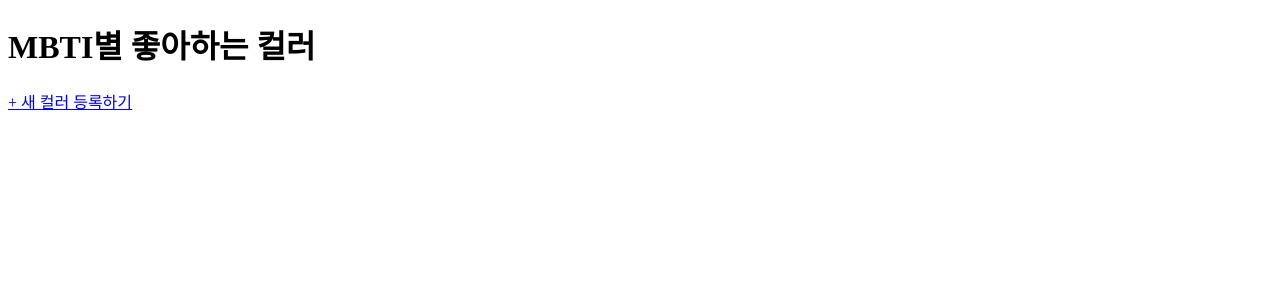
Repository: songjiwon17/mbti_color
Page: /
The author's editor kept a copy of each file at every save. The page is drawn from the files as they stood at one save, then again after the next save.
The browser window is 1280 px wide. The pictures show the whole page.
The project was rebuilt for these pictures with package versions that can differ from the ones it lists, and the page was loaded fresh each time. Also part of the build but not shown: src/New.js.

Above is the page before, as saved 2023-12-14 21:44:06.

### src/App.js
import { BrowserRouter, Routes, Route } from "react-router-dom";
import Home from "./Home";
import New from "./New";

function App() {
  return(
    <BrowserRouter>
      <Routes>
        <Route path="/">
          <Route index element={<Home />}/>
          <Route path="new" element={<New />}/>
        </Route>
      </Routes>
    </BrowserRouter>
  )
}

export default App;

### src/Home.js
import {Link} from 'react-router-dom';
import mock from './mock.json';
import { useState } from 'react';

function Home(){
    const [filter, setFilter] = useState(null);
    return(
        <div>
            <header>
                <h1>MBTI별 좋아하는 컬러</h1>
                {filter && (
                    <div onClick={()=>{setFilter(null)}}>
                        {filter}
                        <img src="/images/x.svg" alt="필터 삭제" />
                    </div>
                )}
            </header>
            <div>
                <Link to='/new'>+ 새 컬러 등록하기</Link>
                <ul>
                    {mock.map((item) => {
                        <li key={item.id} onClick={()=>setFilter(item.mbti)}>
                            {item.id} {item.mbti} --- {item.colorCode}
                        </li>
                    })}
                </ul>
            </div>
        </div>
    )
}
export default Home;

### src/mock.json
[
    {
      "colorCode": "#33A560",
      "createdAt": 1673250909000,
      "updatedAt": 1673250909000,
      "id": 40,
      "mbti": "ESFJ"
    },
    {
      "colorCode": "#F011E5",
      "createdAt": 1673250909000,
      "updatedAt": 1673250909000,
      "id": 39,
      "mbti": "ISTP"
    },
    {
      "colorCode": "#771880",
      "createdAt": 1673250909000,
      "updatedAt": 1673250909000,
      "id": 38,
      "mbti": "INFJ"
    },
    {
      "colorCode": "#5F6600",
      "createdAt": 1673250909000,
      "updatedAt": 1673250909000,
      "id": 1,
      "mbti": "INFJ"
    }
  ]

Loaded but not shown: public/index.html (common file); src/index.js (common file)

After the next save:
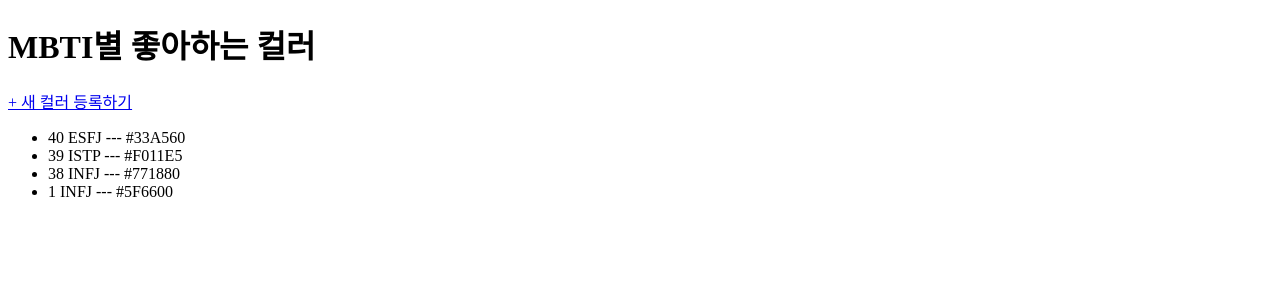
Saved 68 s later.
--- a/src/Home.js
+++ b/src/Home.js
@@ -1,31 +1,33 @@
-import {Link} from 'react-router-dom';
+import { useState } from 'react';
+import { Link } from 'react-router-dom';
 import mock from './mock.json';
-import { useState } from 'react';
 
-function Home(){
-    const [filter, setFilter] = useState(null);
-    return(
-        <div>
-            <header>
-                <h1>MBTI별 좋아하는 컬러</h1>
-                {filter && (
-                    <div onClick={()=>{setFilter(null)}}>
-                        {filter}
-                        <img src="/images/x.svg" alt="필터 삭제" />
-                    </div>
-                )}
-            </header>
-            <div>
-                <Link to='/new'>+ 새 컬러 등록하기</Link>
-                <ul>
-                    {mock.map((item) => {
-                        <li key={item.id} onClick={()=>setFilter(item.mbti)}>
-                            {item.id} {item.mbti} --- {item.colorCode}
-                        </li>
-                    })}
-                </ul>
-            </div>
-        </div>
-    )
+function Home() {
+  const [filter, setFilter] = useState(null);
+
+  return (
+    <div>
+      <header>
+        <h1>MBTI별 좋아하는 컬러</h1>
+        {filter && (
+          <div onClick={() => setFilter(null)}>
+            {filter}
+            <img src="/images/x.svg" alt="필터 삭제" />
+          </div>
+        )}
+      </header>
+      <div>
+        <Link to="/new">+ 새 컬러 등록하기</Link>
+        <ul>
+          {mock.map((item) => (
+            <li key={item.id} onClick={() => setFilter(item.mbti)}>
+              {item.id} {item.mbti} --- {item.colorCode}
+            </li>
+          ))}
+        </ul>
+      </div>
+    </div>
+  );
 }
+
 export default Home;
